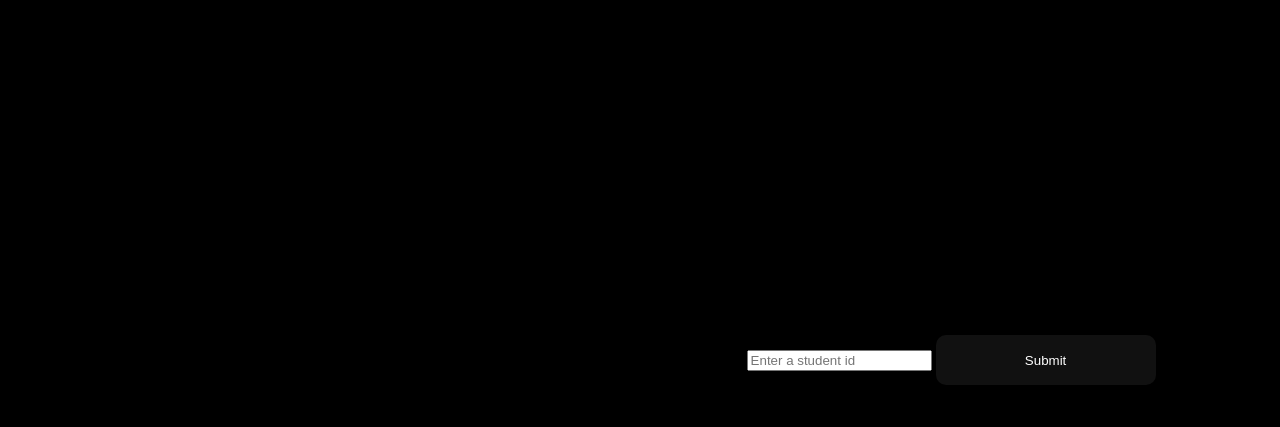
Repository: MriOj/OnlineExamPortal
Page: http://localhost/ExamPortal/admlogin.jsp
The author's editor kept a copy of each file at every save. The page is drawn from the files as they stood at one save, then again after the next save.
The browser window is 1280 px wide. The pictures show the whole page.
The page is served by Tomcat 9.

Above is the page before, as saved 2021-09-07 10:20:12.

After the next save:
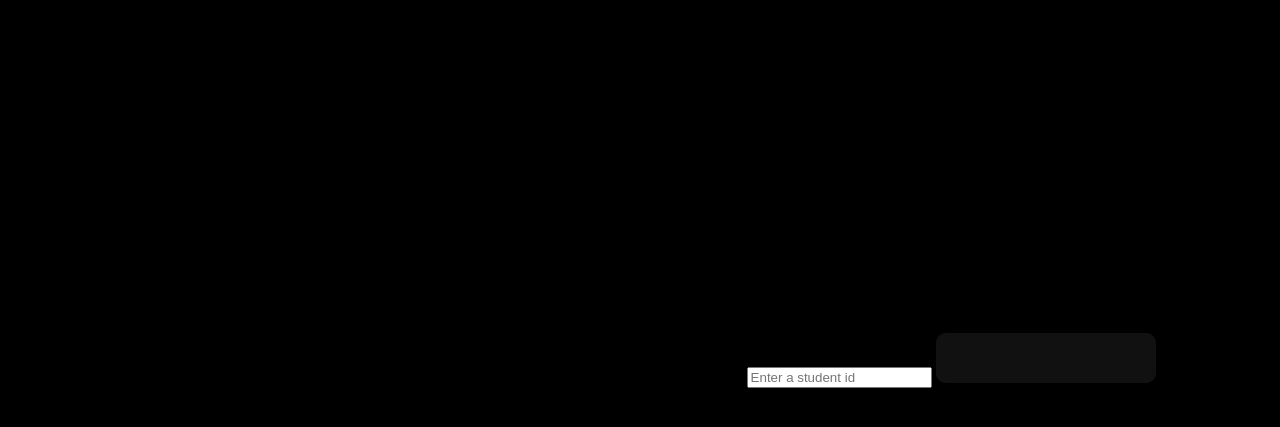
Saved 66 s later.
--- a/ExamPortal/src/main/webapp/admlogin.jsp
+++ b/ExamPortal/src/main/webapp/admlogin.jsp
@@ -95,7 +95,7 @@ body {
   <h3> Please enter a student's id to check report card </h3>
   <form action="reportcard" method="post">
   <input type="number" placeholder="Enter a student id" name="userid">
-  <input type="submit" class="glow-on-hover" type="button">
+  <button type="submit" class="glow-on-hover">
   </form>
 
 
